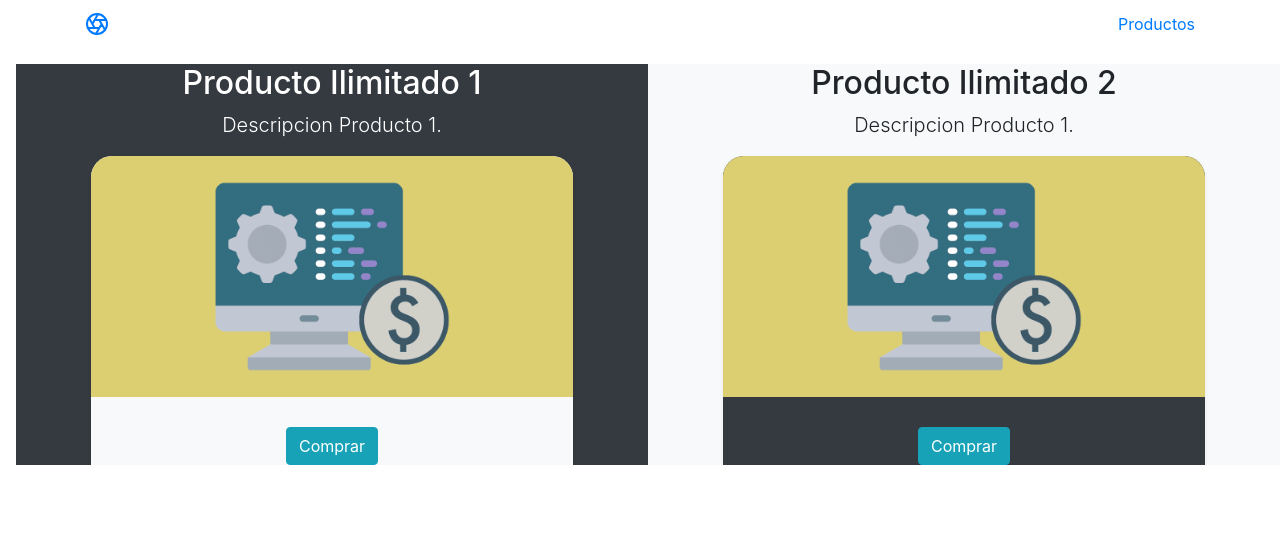
Repository: mapp1990/pasarela
Page: http://localhost/producto
These files come from the project's save history. The page is drawn as it stood at one moment and after the next save; the edit follows.
The browser window is 1280 px wide. The pictures show the whole page.
The page is served by the project's Laravel application, run on PHP 8.4 with Laravel 9.

Above is the page before, as saved 2022-05-27 17:49:45.

After the next save:
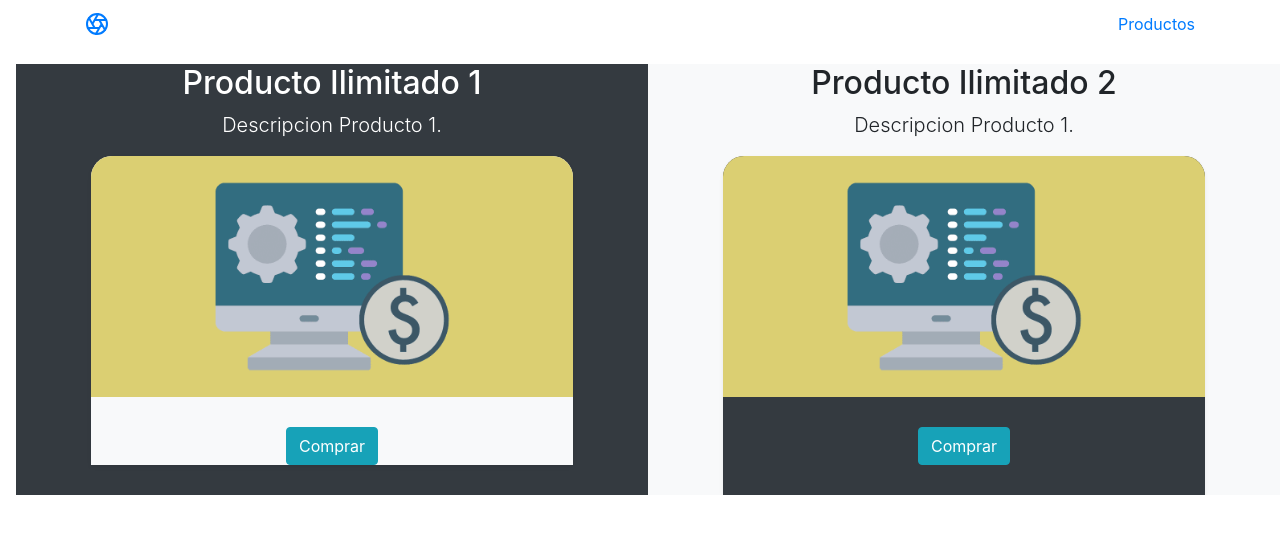
Saved 36 s later.
--- a/resources/views/productos.blade.php
+++ b/resources/views/productos.blade.php
@@ -25,7 +25,7 @@
             </div>
             <div class="bg-light shadow-sm mx-auto" style="width: 80%; border-radius: 21px 21px 0 0;">
                 <img src="producto.png" width="100%" style="border-radius: 21px 21px 0 0;">
-                <button type="button" class="btn btn-info" style="margin-top: 30px; margin-button: 30px;">Comprar</button>
+                <button type="button" class="btn btn-info" style="margin-top: 30px; margin-botton: 30px;">Comprar</button>
             </div>
         </div>
 
@@ -36,7 +36,7 @@
             </div>
             <div class="bg-dark shadow-sm mx-auto" style="width: 80%; border-radius: 21px 21px 0 0;">
                 <img src="producto.png" width="100%" style="border-radius: 21px 21px 0 0;">
-                <button type="button" class="btn btn-info" style="margin-top: 30px; margin-button: 30px;">Comprar</button>
+                <button type="button" class="btn btn-info" style="margin-top: 30px; margin-bottom: 30px;">Comprar</button>
             </div>
         </div>
 
